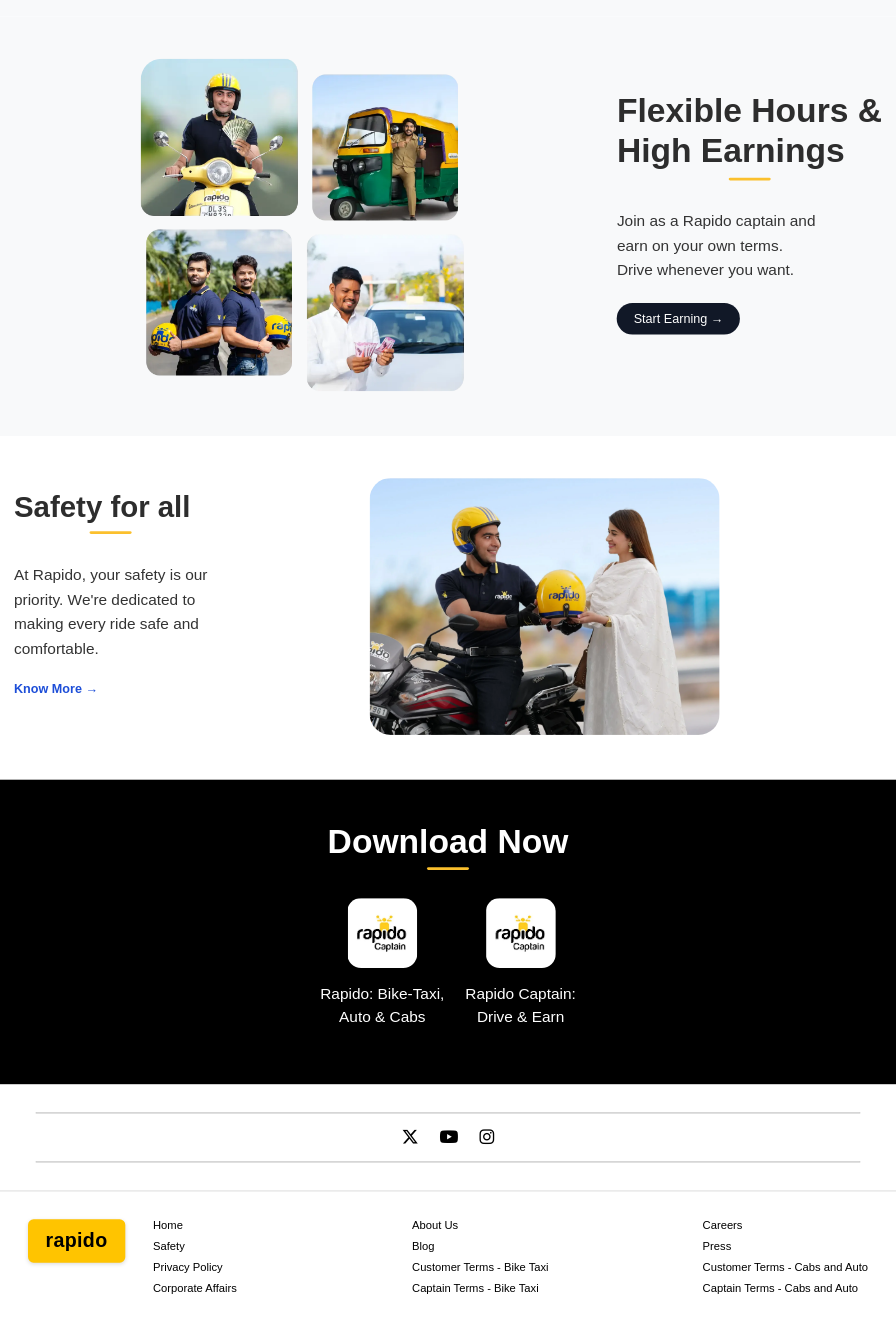
Repository: Rahul70079/Rapido-Clone---Bike-Taxi-App-UI
Page: index.html
The author's editor kept a copy of each file at every save. The page is drawn from the files as they stood at one save, then again after the next save.
The browser window is 1280 px wide. The pictures show the part of the page from y = 1967 to 3887 px (the page is 3869 px tall before and 3887 px after), at 70% of full size.

Above is the page before, as saved 2026-03-09 20:54:40.

After the next save:
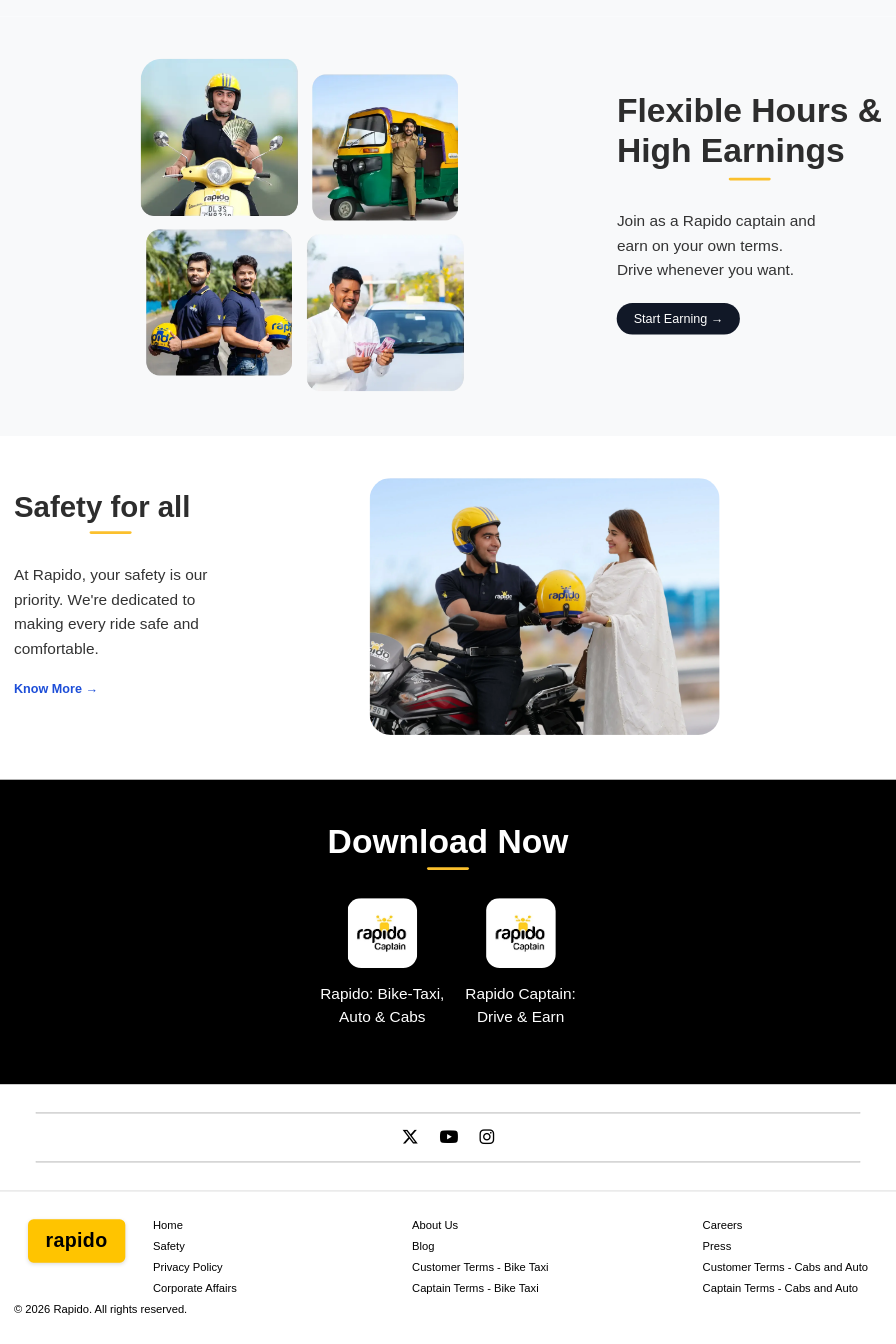
Saved 2 min 53 s later.
--- a/index.html
+++ b/index.html
@@ -186,7 +186,12 @@
         </ul>
       </div>
     </div>
-  </footer>
+   <!-- Copyright Line -->
+  <div class="footer-bottom">
+    <p>© 2026 Rapido. All rights reserved.</p>
+  </div>
+
+</footer>
 
   <script>
     // Mobile menu toggle functionality
